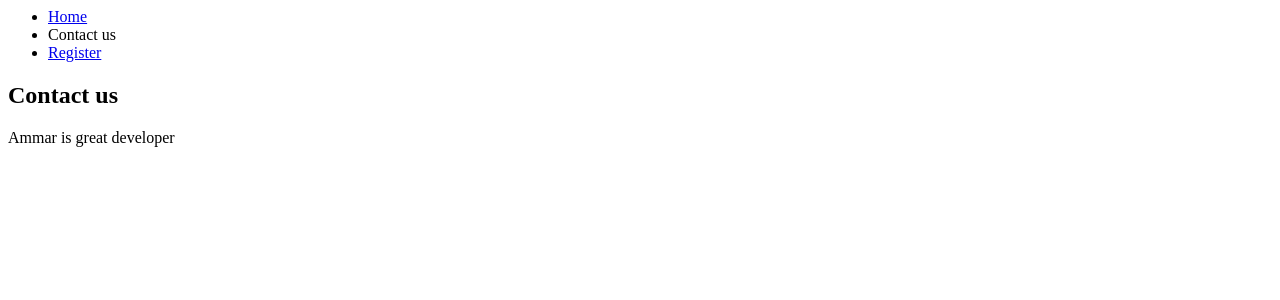
Repository: engammar111/css
Page: contactus.html
The author's editor kept a copy of each file at every save. The page is drawn from the files as they stood at one save, then again after the next save.
The browser window is 1280 px wide. The pictures show the whole page.

Above is the page before, as saved 2021-07-31 13:54:42.

After the next save:
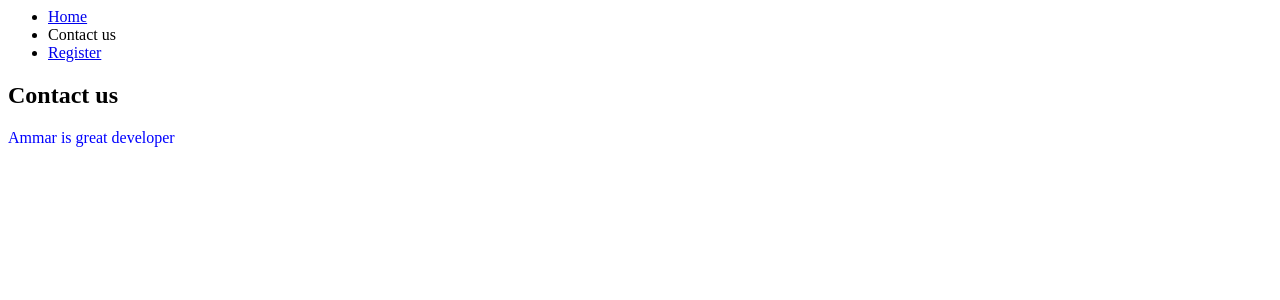
Saved 65 min 59 s later.
--- a/contactus.html
+++ b/contactus.html
@@ -1,6 +1,7 @@
 <html lang="en">
   <head>
     <title>css</title>
+    <link rel="stylesheet" type="text/css" href="style.css" />
   </head>
   <body>
     <header>
